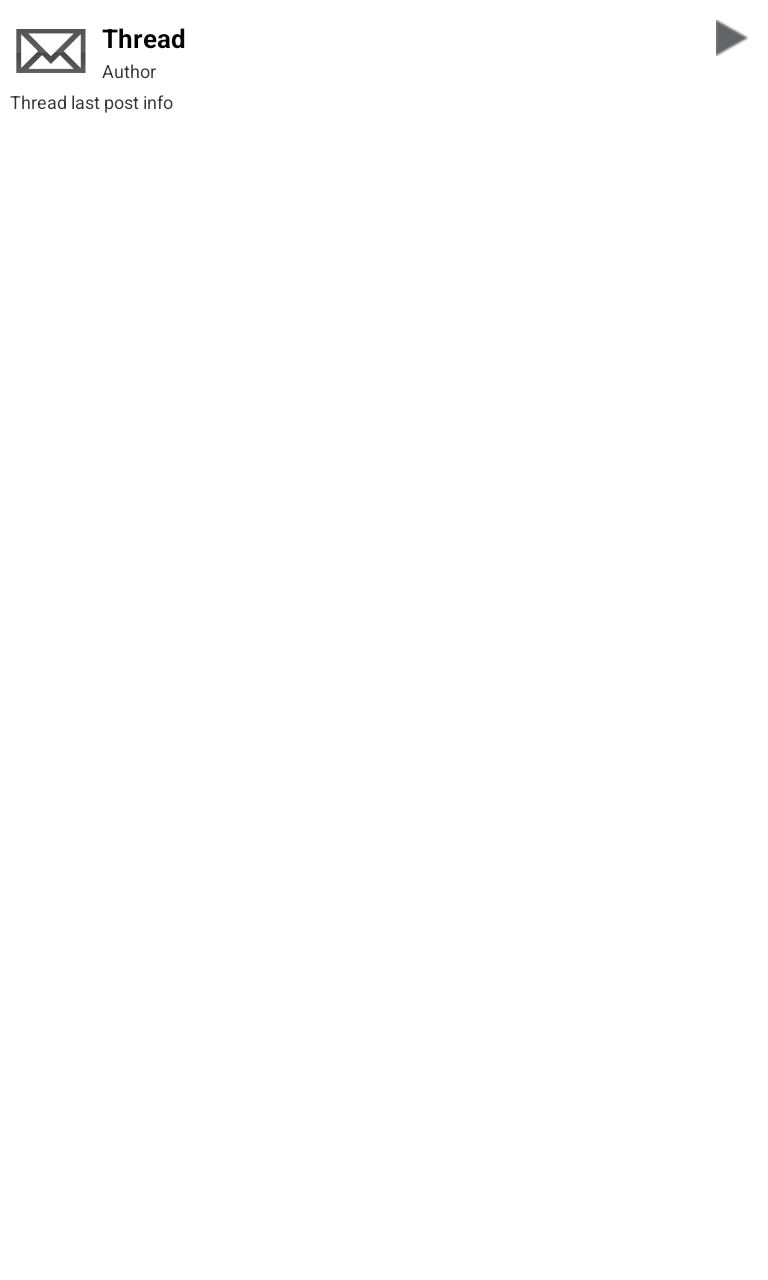
Repository: epson121/forumhr_mobile
Layout: TopicsActivity/res/layout/copy_threads_list_row.xml
The author's editor kept a copy of each file at every save. The layout is drawn from the files as they stood at one save, then again after the next save.
It is drawn on a 768 x 1280 px phone screen (xhdpi) without system bars, with theme AppTheme; the app's code is not run.

Above is the layout before, as saved 2013-02-21 21:50:59.

After the next save:
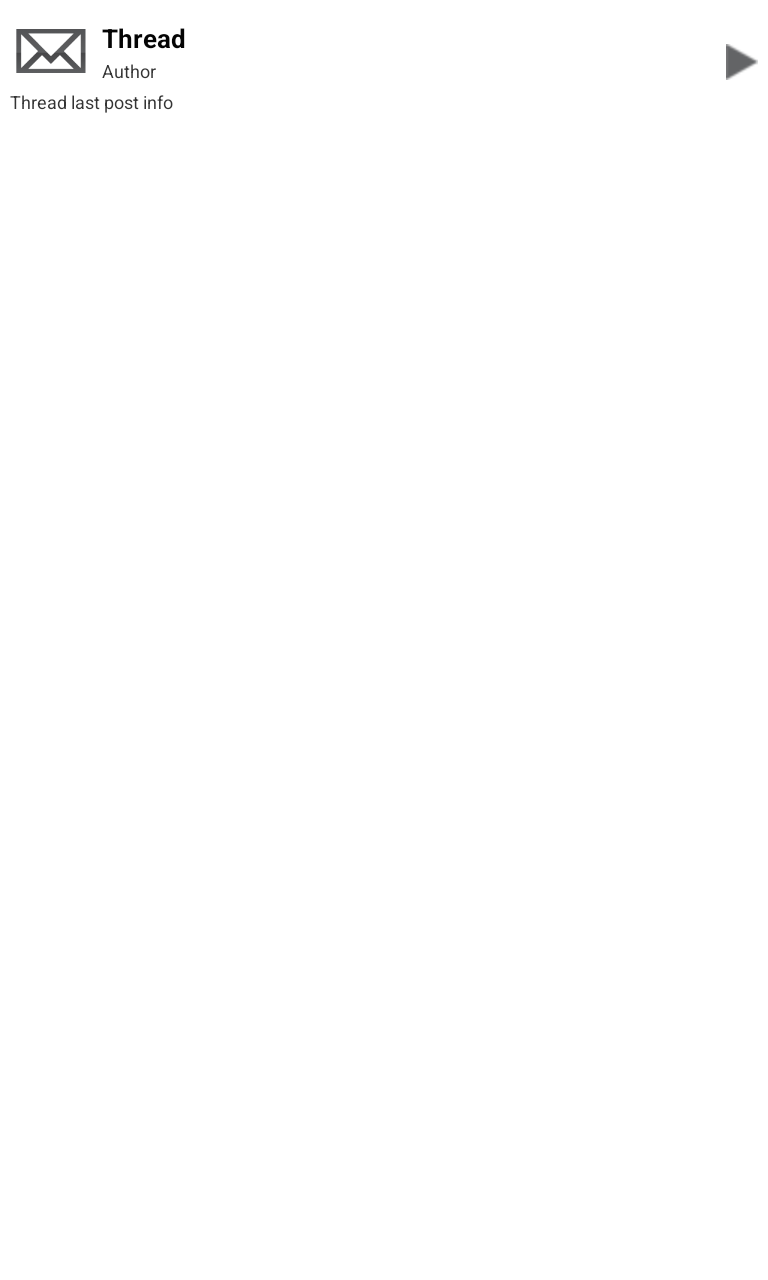
Saved 37 s later.
--- a/TopicsActivity/res/layout/copy_threads_list_row.xml
+++ b/TopicsActivity/res/layout/copy_threads_list_row.xml
@@ -77,12 +77,11 @@
          android:id="@+id/thread_go_to_page"
          android:layout_width="wrap_content"
          android:layout_height="wrap_content"
+         android:layout_alignBottom="@+id/thread_last_post_info"
          android:layout_alignParentRight="true"
-         android:layout_marginRight="5dp"
-         android:layout_alignTop="@+id/thread_name"
+         android:layout_alignParentTop="true"
          android:background="@null"
          android:contentDescription="@string/description"
-         android:src="@drawable/thread_arrow_bw_small"
-         />
+         android:src="@drawable/thread_arrow_bw_small" />
 
 </RelativeLayout>
